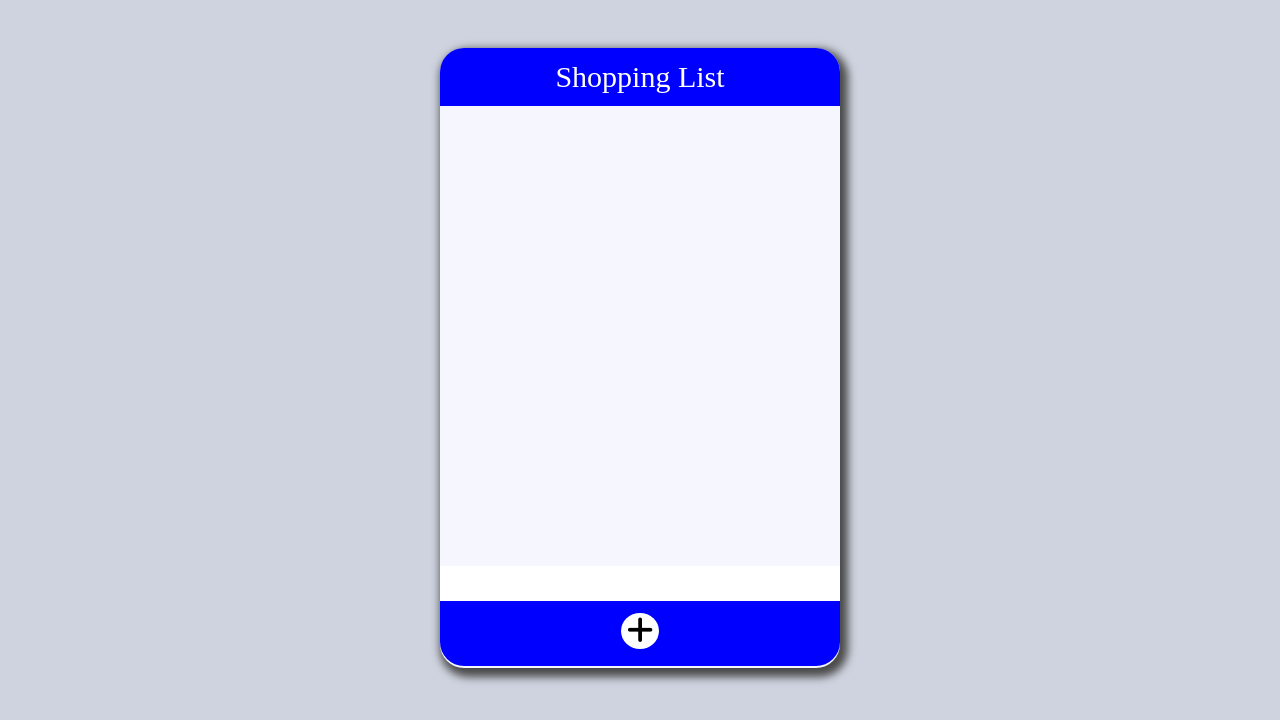
Repository: keehoonjung/Shopping-list
Page: index.html
These files come from the project's save history. The page is drawn as it stood at one moment and after the next save; the edit follows.
The browser window is 1280 px wide. The pictures show the whole page.
Some web libraries are served in a nearby version.

Above is the page before, as saved 2021-08-09 14:32:15.

### index.html
<!DOCTYPE html>
<html lang="en">
<head>
    <meta charset="UTF-8">
    <meta http-equiv="X-UA-Compatible" content="IE=edge">
    <meta name="viewport" content="width=device-width, initial-scale=1.0">
    <title>Shopping-list</title>
    <script src="main.js" defer></script>
    <link rel="stylesheet" href="style.css">
    <script src="https://kit.fontawesome.com/a7a8d59961.js" crossorigin="anonymous"></script>
</head>
<body>
    <section class="container">
        <div class="header">
            Shopping List
        </div>
        <ul class="main_list">
        </ul>
        <input type="text" onkeydown="enterkey()" class="input_text">
        <div class="footer">
            <button class="create__Btn">
                <i class="fas fa-plus"></i>
            </button>
        </div>
    </section>
</body>
</html>

### main.js
"use strict";

const inputText = document.querySelector(".input_text");
const createBtn = document.querySelector(".create__Btn");
const shoppingList = document.querySelector(".main_list");
const deleteBtn = document.querySelector(".delete__Btn");

createBtn.addEventListener("click", (event) => {
  const text = inputText.value;
  const list = document.createElement("li");
  createList(list, text);
});

shoppingList.addEventListener("click", (event) => {
  const target = event.target.parentNode;
  if (target.classList == "delete__Btn") {
    target.parentNode.remove();
  }
});

function enterkey() {
  if (window.event.keyCode == 13) {
    const text = inputText.value;
    const list = document.createElement("li");
    createList(list, text);
  }
}

function createList(list, text) {
  list.innerHTML = `
    <span> ${text} </span>
    <button class="delete__Btn">
        <i class="fas fa-trash-alt"></i>
    </button>`;
  shoppingList.appendChild(list);
  inputText.value = "";
  inputText.focus();
}

### style.css
* {
  box-sizing: border-box;
}

body {
  background-color: #ced3df;
  text-align: center;
}

li {
  display: flex;
  justify-content: space-between;
  list-style: none;
  width: 100%;
  margin-bottom: 12px;
}

button {
  cursor: pointer;
  border-style: none;
  background-color: transparent;
  outline: none;
  font-size: 18px;
}

.delete__Btn {
  transition: all 300ms ease-in;
}

.delete__Btn:hover {
  transform: scale(1.1);
  color: red;
}

.container {
  margin: 0;
  display: inline-block;
  background-color: rgb(246, 246, 255);
  height: 620px;
  width: 400px;
  border-radius: 24px;
  transform: translateY(40px);
  -webkit-box-shadow: 4px 5px 8px 4px #4a4a4a;
  box-shadow: 4px 5px 8px 4px #4a4a4a;
}

.header {
  background-color: blue;
  font-size: 30px;
  color: white;
  border-top-left-radius: 24px;
  border-top-right-radius: 24px;
  padding: 12px 0;
}

.main_list {
  padding: 6px 24px;
  font-size: 20px;
  height: 420px;
  overflow-y: auto;
}

.input_text {
  width: 400px;
  font-size: 16px;
  border-style: none;
  height: 35px;
  padding: 0;
  padding-left: 24px;
  outline: none;
}

.footer {
  background-color: blue;
  height: 65px;
  border-bottom-left-radius: 24px;
  border-bottom-right-radius: 24px;
}

.create__Btn {
  margin-top: 12px;
  font-size: 30px;
  background-color: white;
  border-radius: 50%;
}

After the next save:
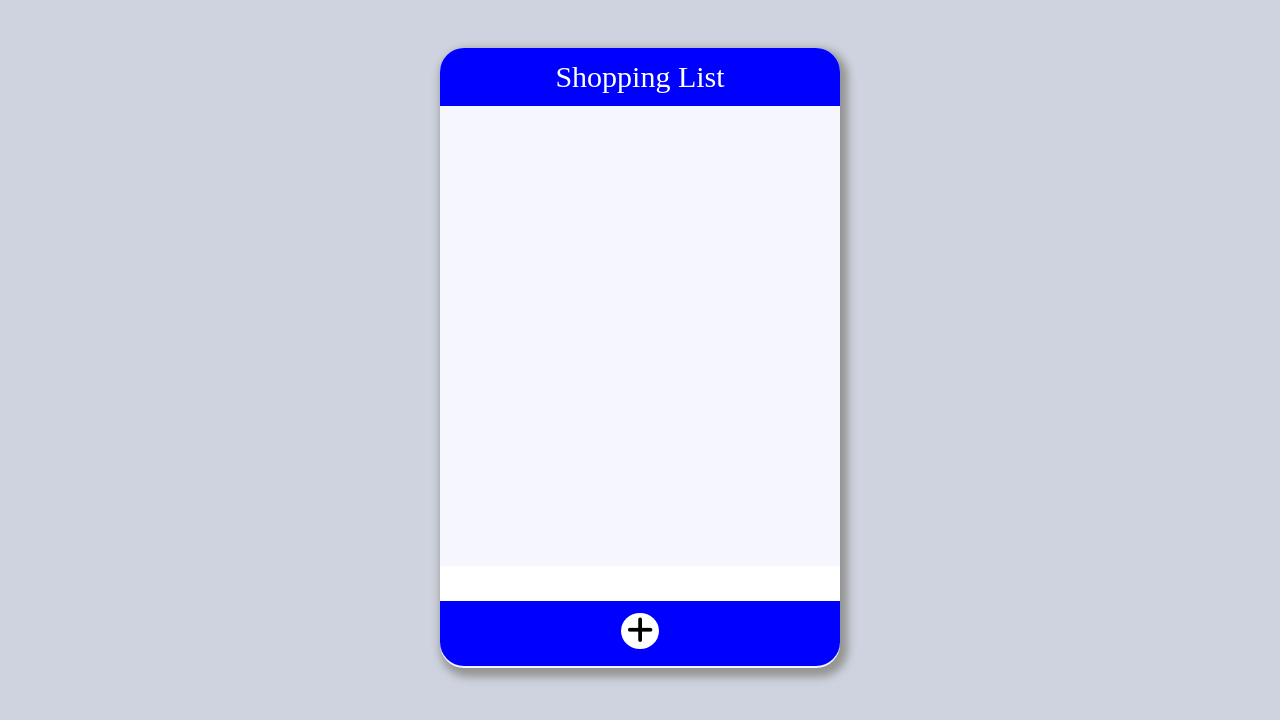
Saved 23 s later.
--- a/style.css
+++ b/style.css
@@ -40,8 +40,8 @@ button {
   width: 400px;
   border-radius: 24px;
   transform: translateY(40px);
-  -webkit-box-shadow: 4px 5px 8px 4px #4a4a4a;
-  box-shadow: 4px 5px 8px 4px #4a4a4a;
+  -webkit-box-shadow: 4px 5px 8px 4px #949494;
+  box-shadow: 4px 5px 8px 4px #949494;
 }
 
 .header {
